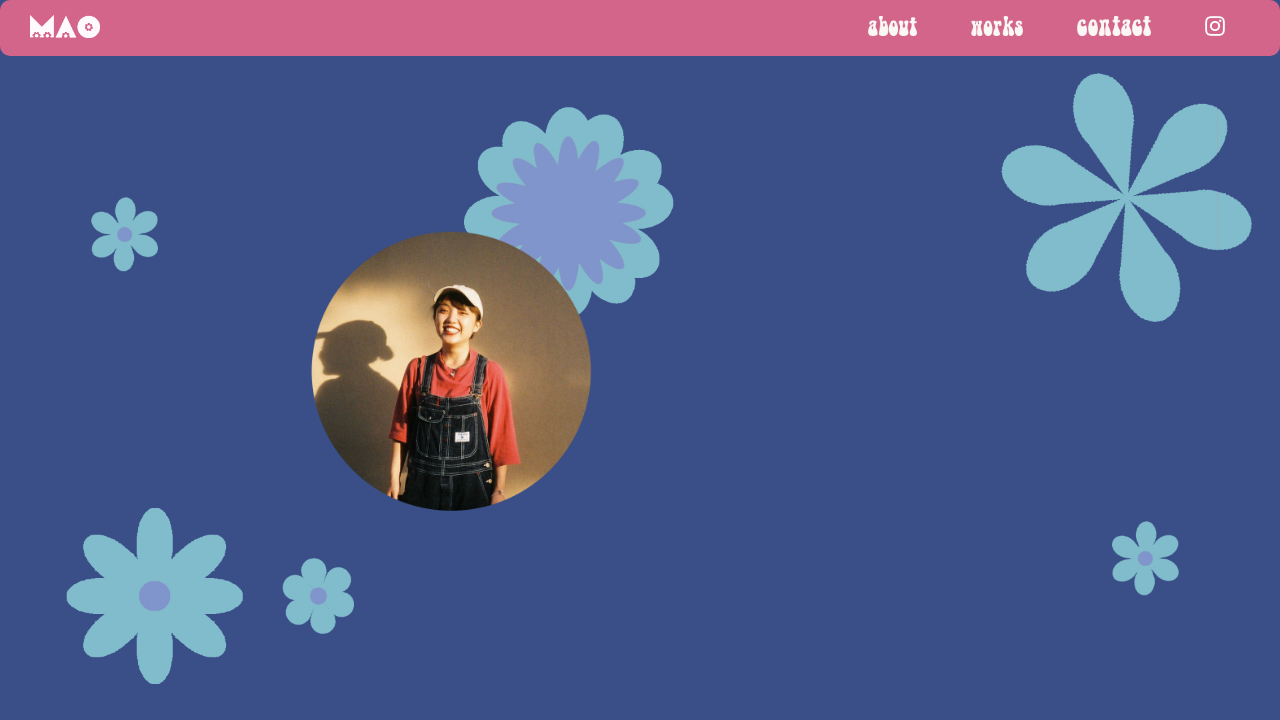
Repository: HarashimaMao/portfolio
Page: top.html
The author's editor kept a record of every edit. The page is drawn from the files as they stood at one moment, then again after the next edit.
The browser window is 1280 px wide. The pictures show the whole page.

Above is the page before.

### top.html
<!DOCTYPE html>
<html lang ="ja">
    <head>
        <meta charset="utf-8">
        <title>HarashimaMao</title>
        <style>
          body {
              margin: 0;
              background-image: url(images/my_home_page1.jpg);
              background-size: cover;
          }

          .header {
              width: 100%;
              display: flex;
              background-color: #D3648A;
              justify-content: space-between;
              border-radius: 10px;
          }

          .header-logo {
              margin-top: 15px;
              margin-left: 30px;
          }

          ul {
              list-style: none;
              margin-right: 5px;

          }

          li {
              display: inline-block;
              margin-right: 50px;
          }

          .main {
              position: absolute;
              left: 260px;
          }
        </style>
    </head>
    <body>
        <div class="header">
            <div class="header-logo">
                <a href="top.html"><img src="images/MAOlogo.png" width="70px"></a>
            </div>
            <div class="header-list">
                <ul>
                    <li><a href="about.html"><img src="images/about.png" alt="about" height="20px"></a></li>
                    <li><a href="works.html"><img src="images/works.png" alt="works" height="20px"></a></li>
                    <li><a href="contact.html"><img src="images/contact.png" alt="contact" height="20px"></a></li>
                    <li><a href="https://www.instagram.com/mao_yz/?hl=en"><img src="images/insta.png" alt="insta" height="20px"></a></li>
                </ul>
            </div>
        </div>

        <div class="main">
            <img src="images/portrait.png" width="420px"></img>
        </div>

        <script src="jquery-3.6.0.min.js"></script>
        <script>
        /*global $*/
            $(function(){
                $('.header').hover(
                    function(){
                        $(this).animate({
                            'font-size':'20px'
                        });
                    },
                    function(){
                        $(this).animate({
                            'font-size':'16px'
                        });
                    });
            });
        </script>
    </body>
</html>

Loaded but not shown: jquery-3.6.0.min.js (library)

After the next edit:
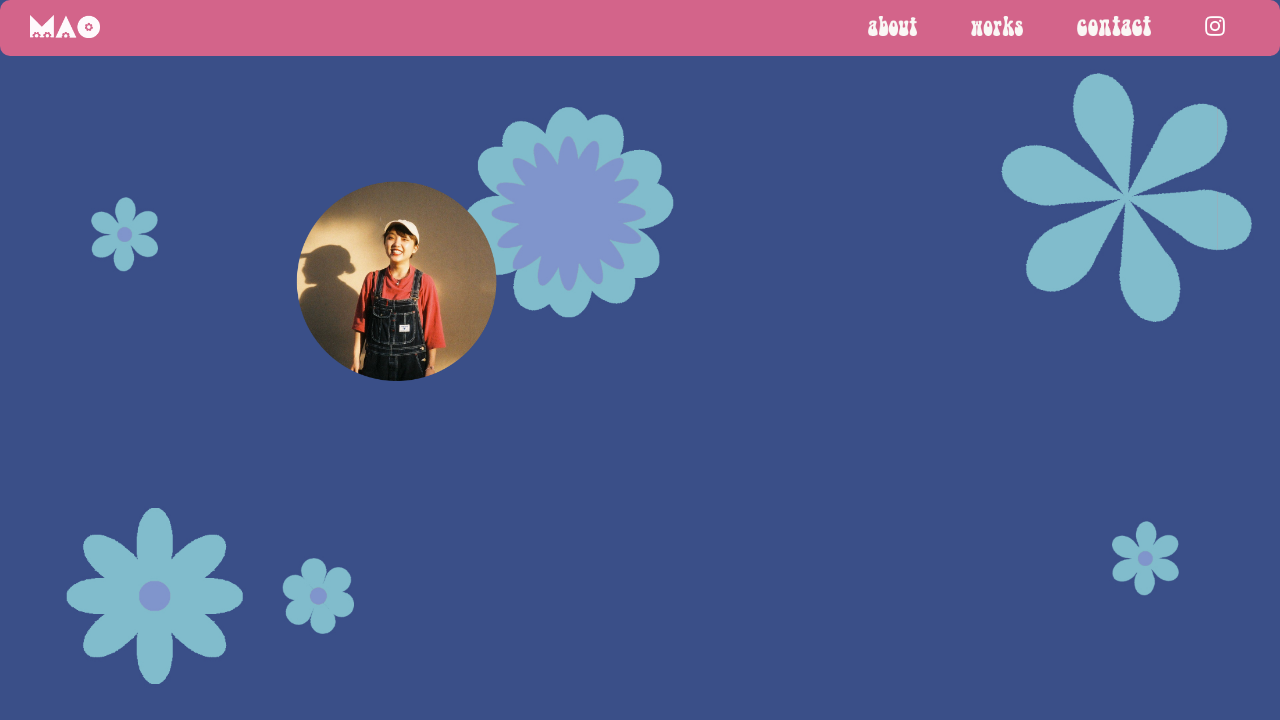
The edit:
--- a/top.html
+++ b/top.html
@@ -56,7 +56,7 @@
         </div>
 
         <div class="main">
-            <img src="images/portrait.png" width="420px"></img>
+            <img src="images/portrait.png" width="300px"></img>
         </div>
 
         <script src="jquery-3.6.0.min.js"></script>
